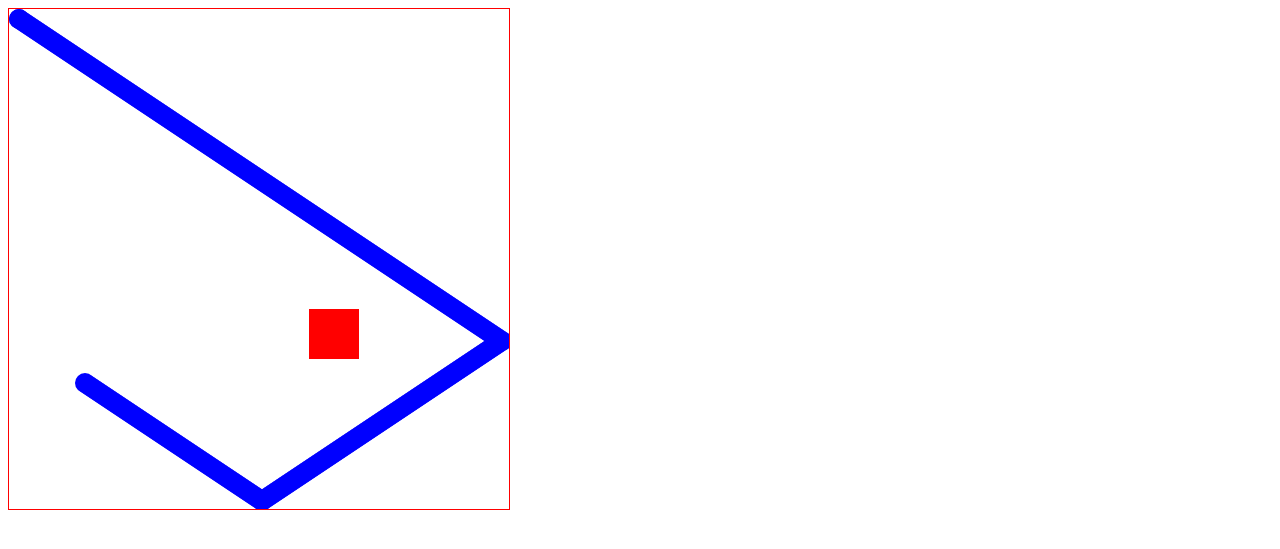
Repository: huynhsang96/CaseJS
Page: Demo_case/index.html
An editor plug-in stored every save of this project. The page is shown before and after the next save, followed by the edit.
The browser window is 1280 px wide. The pictures show the whole page.

Above is the page before, as saved 2022-02-14 11:34:54.

### Demo_case/index.html
<!DOCTYPE html>
<html lang="en">
<head>
    <meta charset="UTF-8">
    <meta http-equiv="X-UA-Compatible" content="IE=edge">
    <meta name="viewport" content="width=device-width, initial-scale=1.0">
    <title>Document</title>
</head>
<body>
    <canvas id="myCanvas" width="500" height="500" style="border:1px solid red;">
        <script src="./ball.js"></script>
        <script src="./main.js"></script>

    <script>

    </script>
</body>
</html>

### Demo_case/ball.js
class Ball{
    constructor(x, y, radius, color){
        this.x = x;
        this.y = y;
        this.radius = radius;
        this.color = color;
        this.canvas = document.getElementById("myCanvas");
        this.ctx = this.canvas.getContext('2d');
    }

    draw(){
        this.ctx.beginPath();
        this.ctx.fillStyle = this.color;
        this.ctx.arc(this.x, this.y, this.radius, 0, Math.PI * 2)
        this.ctx.fill();
        this.ctx.closePath()
    }

    // move(){
    //     this.ctx.clearRect(0,0,this.canvas.Width,this.canvas.height); // xóa canvas
    //     this.draw();
    //     this.x += 5;
    //     requestAnimationFrame(this.move);
    // }
}

### Demo_case/main.js
// let ball1 = new Ball(20,20,20,"blue")
// ball1.draw();
// ball1.move();

const canvas = document.getElementById("myCanvas");
const ctx = canvas.getContext("2d");

let radius = 10;
let x = radius;
let y = radius;

let dx = 3;
let dy = 2;

function drawBall(){
    ctx.beginPath();
    ctx.arc(x,y,radius,0,Math.PI*2);
    ctx.fillStyle = "blue";
    ctx.fill();
    ctx.closePath();
}
drawBall()

function collision(){
    if(x+radius > canvas.width || x < radius ){
        dx = -dx
    }

    if(y+radius > canvas.width || y < radius ){
        dy = -dy
    }
}

function updateBall(){
    x += dx;
    y += dy;
}

function behavior(){
    // ctx.clearRect(0,0,canvas.width,canvas.height);
    drawBall()

    collision()

    updateBall()

    requestAnimationFrame(behavior)
}

behavior()

function drawBar(){
    ctx.beginPath();
    ctx.rect(300,300,50,50);
    ctx.fillStyle = "red";
    ctx.fill();
    ctx.closePath();
}

drawBar()

After the next save:
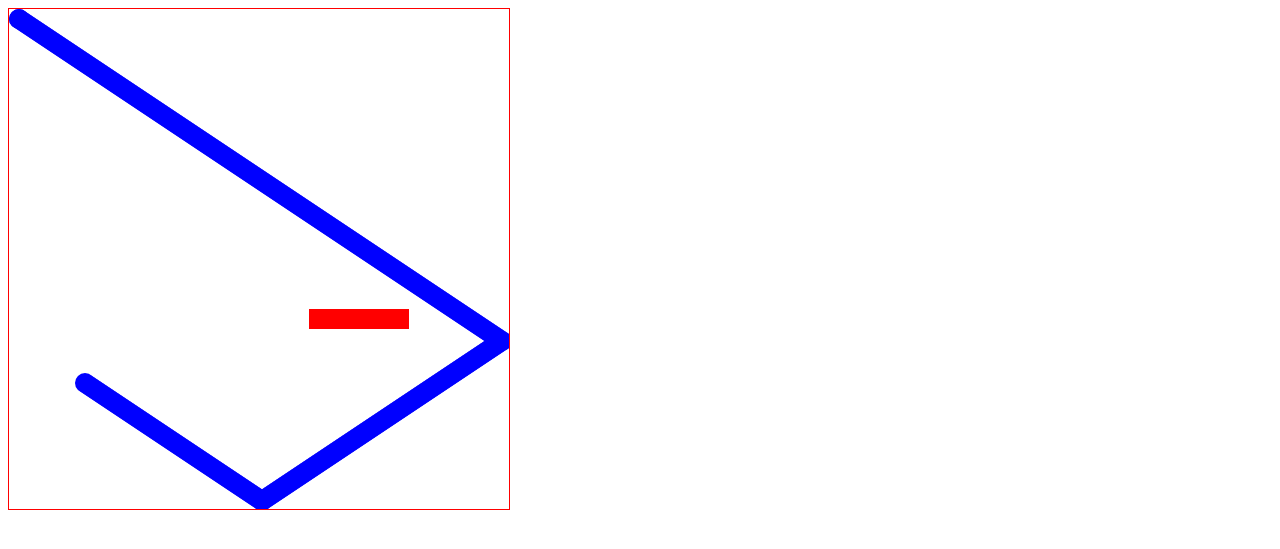
Saved 38 s later.
--- a/Demo_case/main.js
+++ b/Demo_case/main.js
@@ -51,7 +51,7 @@ behavior()
 
 function drawBar(){
     ctx.beginPath();
-    ctx.rect(300,300,50,50);
+    ctx.rect(300,300,100,20);
     ctx.fillStyle = "red";
     ctx.fill();
     ctx.closePath();
